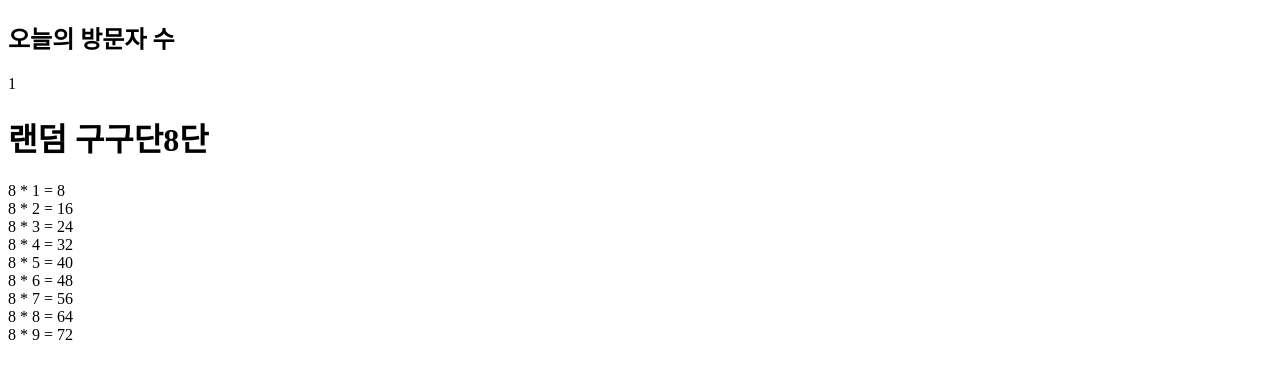
Repository: Yingjae/jsp_practice
Page: http://localhost/JSPBasic/JspTag/TagQ02.jsp
These files come from the project's save history. The page is drawn as it stood at one moment and after the next save; the edit follows.
The browser window is 1280 px wide. The pictures show the whole page.
The page is served by Tomcat 9.

Above is the page before, as saved 2022-01-28 06:42:52.

After the next save:
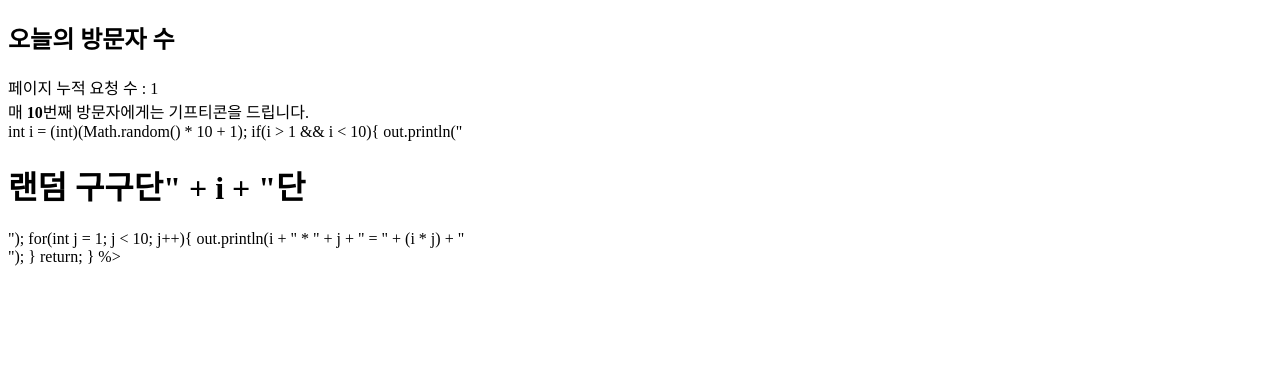
Saved 5 days later.
--- a/JSPBasic/src/main/webapp/JspTag/TagQ02.jsp
+++ b/JSPBasic/src/main/webapp/JspTag/TagQ02.jsp
@@ -8,12 +8,16 @@
 </head>
 <body>
 
-<%!
- public int total = 0;
-%>
+<%! int total = 0; %>
 	<h2>오늘의 방문자 수</h2>
 <%
-	out.println(++total);
+	++total;
+	int num = (int)(Math.random() * 8) + 2;
+%>
+	<p>
+		페이지 누적 요청 수 : <%=total %> <br>
+		매 <b>10</b>번째 방문자에게는 기프티콘을 드립니다.<br>
+		<%  %>
 
 	int i = (int)(Math.random() * 10 + 1);
 	if(i > 1 && i < 10){
